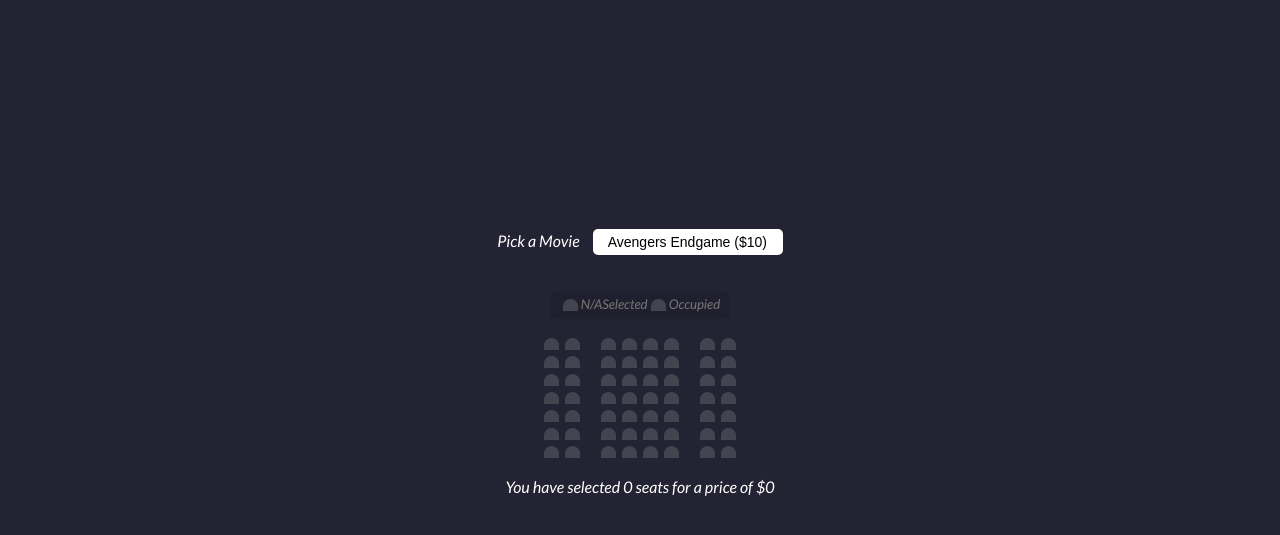
Repository: Izaya171/programming
Page: movieTickets/index.html
The author's editor kept a copy of each file at every save. The page is drawn from the files as they stood at one save, then again after the next save.
The browser window is 1280 px wide. The pictures show the whole page.

Above is the page before, as saved 2021-09-18 15:24:54.

After the next save:
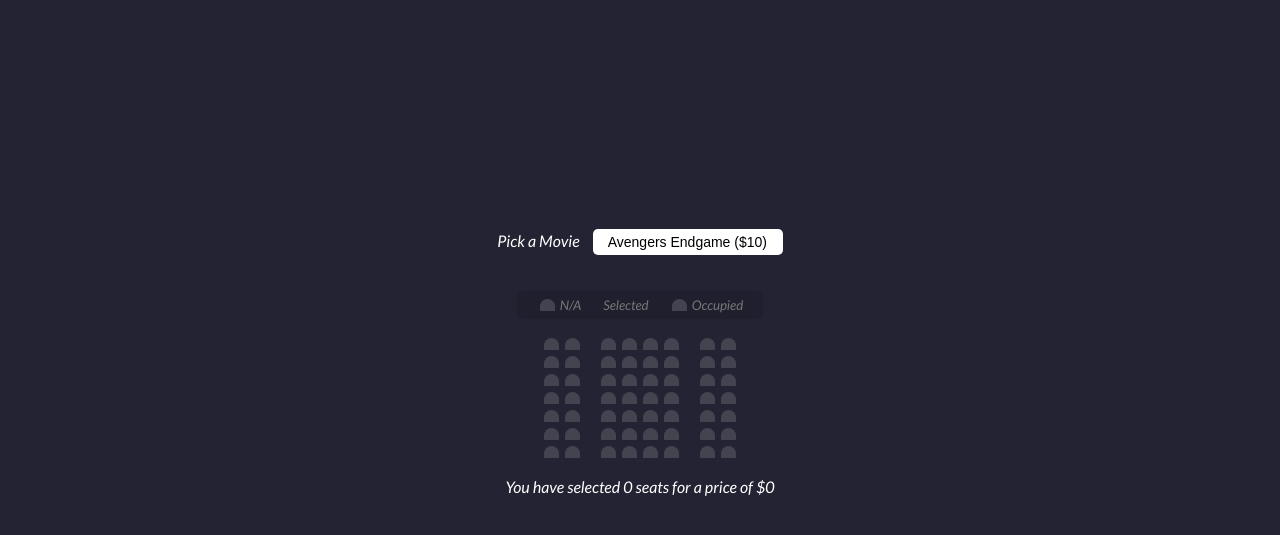
Saved 6 s later.
--- a/movieTickets/styles.css
+++ b/movieTickets/styles.css
@@ -78,6 +78,13 @@ seat.occupied {
 
 .showcase li {
     display: flex;
+    align-items: center;
+    justify-content: center;
+    margin: 0 10px;
+}
+
+.showcase li small {
+    margin-left: 2px;
 }
 
 .row {
